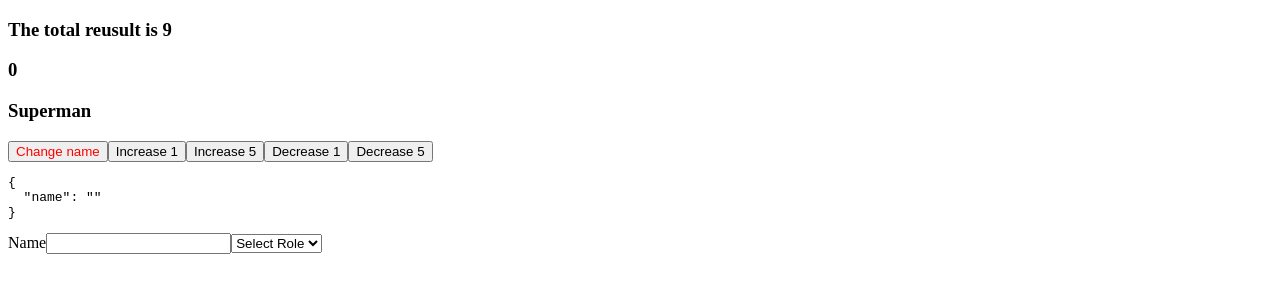
Repository: KZH2001/Vue_Practice
Page: / (app in Tutorial/)
An editor plug-in stored every save of this project. The page is shown before and after a run of saves, followed by the edit.
The browser window is 1280 px wide. The pictures show the whole page.
The project was rebuilt for these pictures with package versions that can differ from the ones it lists, and the page was loaded fresh each time. Also part of the build but not shown: Tutorial/vite.config.js.

Above is the page before, as saved 2026-01-19 22:54:50.

### Tutorial/src/App.vue


  <template>
  <h3>The total reusult is {{ add(2,3,4) }}</h3>
  <h3>{{ number  }}</h3>

  <h3>{{ name }}</h3>
  <button  v-bind:style="{color:color}" v-on:click="name = 'Batman'">Change name</button>
  <button @click="increaseNumber(1)">Increase 1</button>
  <button @click="increaseNumber(5)">Increase 5</button>
  <button @click="decreaseNumber(1)">Decrease 1</button>
  <button @click="decreaseNumber(5)">Decrease 5</button>

  <pre>{{ JSON.stringify(formValues, null, 2) }}</pre>


  <form action="">
    <label for="name">Name</label>
    <input v-model="formValues.name" id="name" type="text">

    <select name="" id="">
      <option value="">Select Role</option>
      <option value="web">Web</option>
      <option value="network">Network</option>

    </select>
  </form>
  </template>

  <style scoped>

  </style>

  <script >
    export default{


      data(){
        return{
          name: 'Superman',
          color: 'red',
          number: 0,
          formValues: {
            name: '',

          }
        }
      },
      methods: {
      add(a,b,c){
        return a+b+c
      },

      increaseNumber(num){
        this.number += num
      },

      decreaseNumber(num){
        this.number -= num
      }

    }

  }

  </script>

Loaded but not shown: Tutorial/index.html (common file); Tutorial/src/main.js (common file)

After the next 2 saves:
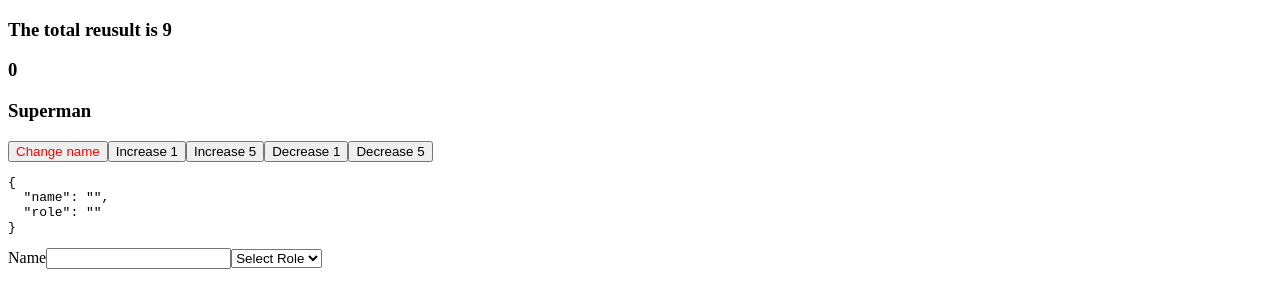
The 2 saves are shown as one change because they came seconds apart.
The last was saved 6 s later.
--- a/Tutorial/src/App.vue
+++ b/Tutorial/src/App.vue
@@ -42,7 +42,7 @@
           number: 0,
           formValues: {
             name: '',
-
+            role: '',
           }
         }
       },
